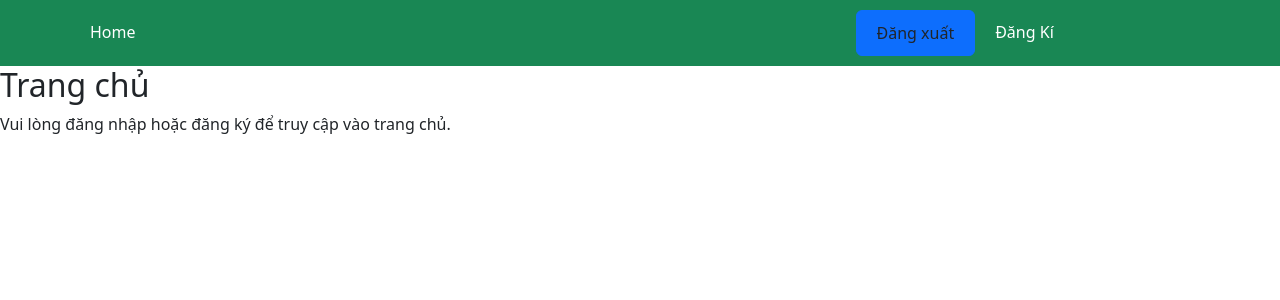
Repository: tung1999zxc/vue-project
Page: /
These files come from the project's save history. The page is drawn as it stood at one moment and after the next save; the edit follows.
The browser window is 1280 px wide. The pictures show the whole page.
The project was rebuilt for these pictures with package versions that can differ from the ones it lists, and the page was loaded fresh each time. Also part of the build but not shown: vite.config.ts, src/components/login.vue, src/components/Regis.vue.

Above is the page before, as saved 2023-07-31 17:50:50.

### src/main.js


import { createApp } from 'vue'
import { createPinia } from 'pinia'

import App from './App.vue'
import router from './router/index'

import 'bootstrap/dist/css/bootstrap.css'

const app = createApp(App)
app.use(createPinia())
app.use(router)
app.mount('#app')

### src/App.vue
<template>
  <Menu/>
  <router-view></router-view>


</template>
<script setup lang="ts">
import axios from 'axios';
import { RouterLink, RouterView } from 'vue-router'
import Menu from './components/Menu.vue'


//import login from './components/login.vue'

// export default {
//   components: {
//     Menu,login2
//   },
// };

</script>

<style scoped>

</style>

### src/router/index.js
import { createRouter, createWebHistory } from 'vue-router'
import HomeView from '../views/HomeView.vue'
import Login from '../components/Login.vue'
import Regis from '../components/Regis.vue'

const router = createRouter({
  history: createWebHistory(import.meta.env.BASE_URL),
  routes : [
    {path: '/',component: HomeView,},
    {path: '/login',component:Login,},
    {path: '/Regis',component: Regis,},


  ]
})

export default router

### src/components/Menu.vue
<template>
    <div class="menu bg-success">
      <ul class="">
        <li><router-link to="/">Home</router-link></li>

        <li v-if="isAuthenticated" class="ml-auto btn border-primary bg-primary" style="margin-left : 700px;">
         <router-link to="/Login">Đăng nhập</router-link>
         </li>
        <li v-else class="ml-auto btn border-primary bg-primary" style="margin-left : 700px;">
         <a @click="logoutUser">Đăng xuất</a>
         </li>

        <li><router-link to="/Regis">Đăng Kí</router-link></li>
      </ul>
    </div>
  </template>

  <script>
  import 'bootstrap/dist/css/bootstrap.css';
  export default {
    data() {
        return {
        //    token: localStorage.getItem('token'),
           isAuthenticated: null,
        }
    },
    created() {
    this.isAuthenticated = this.checkAuthentication();
  },
    methods: {

        checkAuthentication() {
      // Kiểm tra xem mã thông báo JWT đã tồn tại trong localStorage hay không
      const token = localStorage.getItem('token');
      // Hoặc bạn có thể sử dụng Vuex nếu bạn đang lưu trữ mã thông báo JWT trong Vuex
      // const token = this.$store.state.token;

      // Nếu tồn tại mã thông báo JWT và không hết hạn, xác định rằng người dùng đã đăng nhập
      if (token) {
        // Phân tích mã thông báo JWT để xem liệu nó còn hợp lệ hay đã hết hạn
        // Nếu mã thông báo hợp lệ, người dùng đã đăng nhập
        return true;
      } else {
        // Nếu không tồn tại mã thông báo JWT hoặc mã thông báo đã hết hạn, người dùng chưa đăng nhập
        return false;
      }
    },
        logoutUser(){
      // Xóa mã thông báo JWT khỏi localStorage khi đăng xuất
      localStorage.removeItem('token');
      // Hoặc đặt lại giá trị isAuthenticated về false khi đăng xuất
      this.isAuthenticated = false;
      alert('đăng xuất thành  công');



    },
    },

  };
  </script>

  <style scoped>
  .menu {
    background-color: #f0f0f0;
  }

  ul {
    list-style: none;
    padding: 10px;
    margin: 0;
    margin-left: 60px;
    display: flex;
  }

  li {
    padding: 10px 20px;
  }

  a {
    text-decoration: none;
    color: white;
    font-weight: 500;
  }
  </style>

### src/views/HomeView.vue
<template>
  <div>
    <h2>Trang chủ</h2>
    <p v-if="isAuthenticated">Xin chào,</p>

    <div v-else>Vui lòng đăng nhập hoặc đăng ký để truy cập vào trang chủ.</div>

  </div>
</template>

<script>


export default {
  data() {
    return {
      isAuthenticated: false,
    };
  },
  created() {
    this.isAuthenticated = this.checkAuthentication();
  },
  methods: {
    checkAuthentication() {
      // Kiểm tra xem mã thông báo JWT đã tồn tại trong localStorage hay không
      const token = localStorage.getItem('token');
      // Hoặc bạn có thể sử dụng Vuex nếu bạn đang lưu trữ mã thông báo JWT trong Vuex
      // const token = this.$store.state.token;

      // Nếu tồn tại mã thông báo JWT và không hết hạn, xác định rằng người dùng đã đăng nhập
      if (token) {
        // Phân tích mã thông báo JWT để xem liệu nó còn hợp lệ hay đã hết hạn
        // Nếu mã thông báo hợp lệ, người dùng đã đăng nhập
        return true;
      } else {
        // Nếu không tồn tại mã thông báo JWT hoặc mã thông báo đã hết hạn, người dùng chưa đăng nhập
        return false;
      }
    },

  },
};
</script>

Loaded but not shown: index.html (common file)

After the next save:
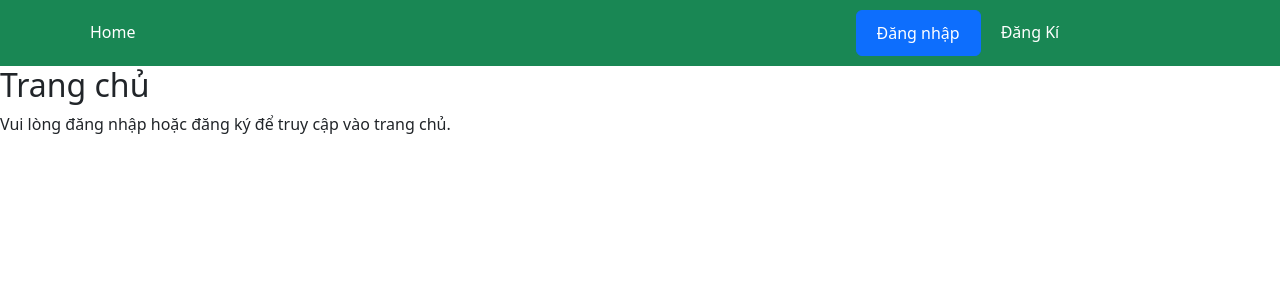
Saved 15 s later.
--- a/src/components/Menu.vue
+++ b/src/components/Menu.vue
@@ -3,7 +3,7 @@
       <ul class="">
         <li><router-link to="/">Home</router-link></li>
 
-        <li v-if="isAuthenticated" class="ml-auto btn border-primary bg-primary" style="margin-left : 700px;">
+        <li v-if="!isAuthenticated" class="ml-auto btn border-primary bg-primary" style="margin-left : 700px;">
          <router-link to="/Login">Đăng nhập</router-link>
          </li>
         <li v-else class="ml-auto btn border-primary bg-primary" style="margin-left : 700px;">
